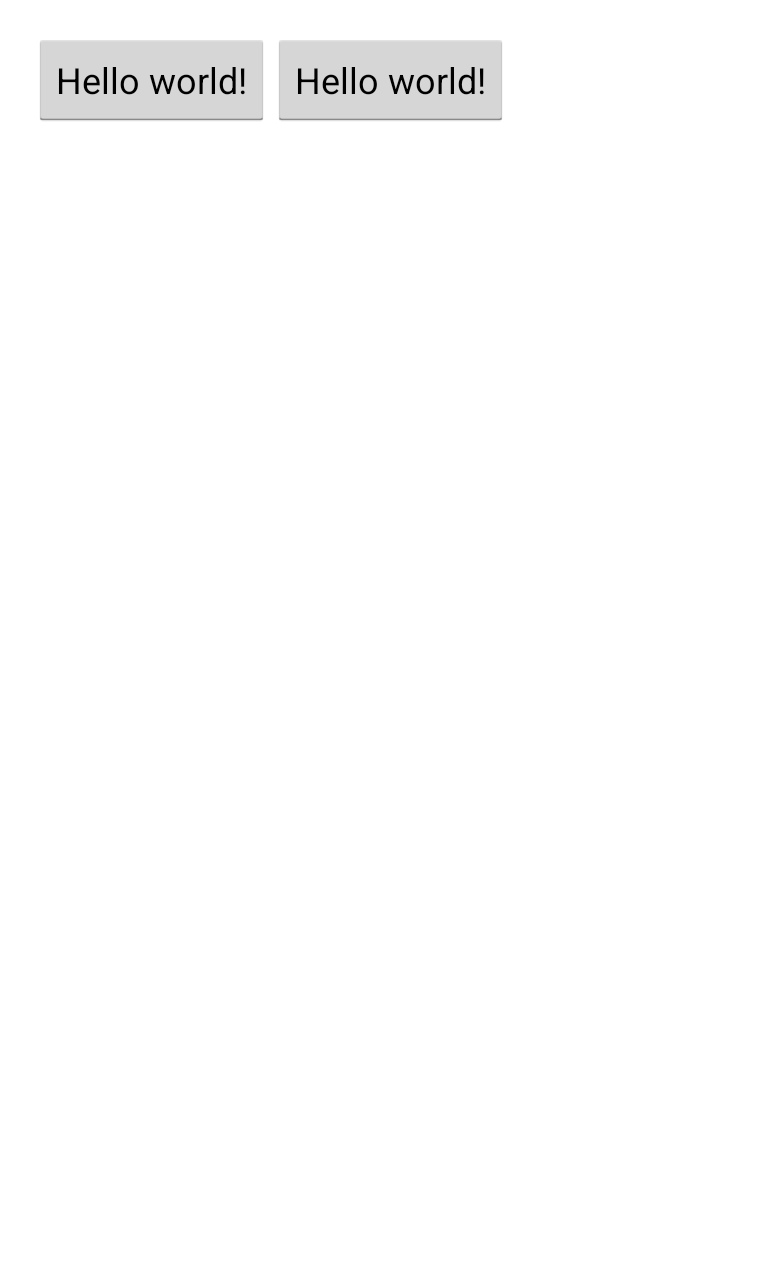
Repository: nickof/study
Layout: Android/itheima/day12服务/代码/Day12_05_音乐播放器框架/res/layout/activity_main.xml
These files come from the project's save history. The layout is drawn as it stood at one moment and after the next save; the edit follows.
It is drawn on a 768 x 1280 px phone screen (xhdpi) without system bars, with theme AppTheme; the app's code is not run.

Above is the layout before, as saved 2016-09-20 07:07:24.

After the next save:
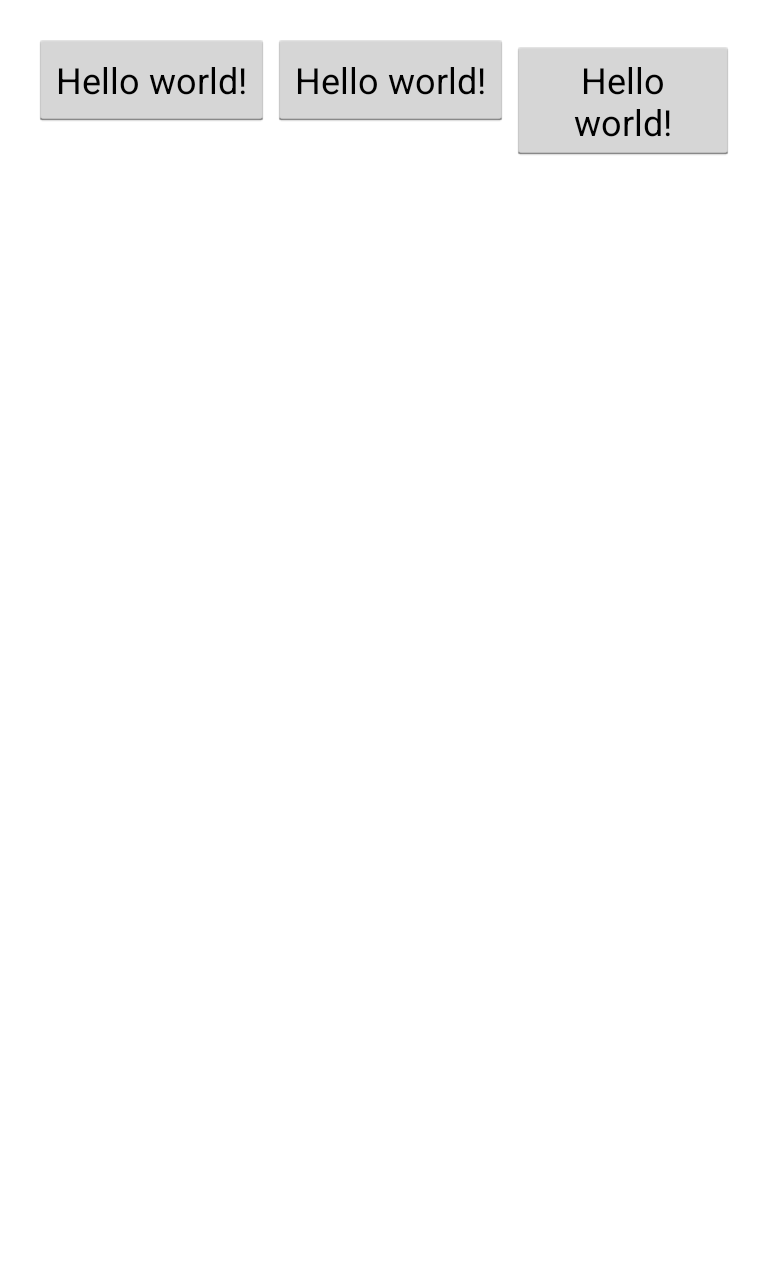
Saved 6 s later.
--- a/Android/itheima/day12服务/代码/Day12_05_音乐播放器框架/res/layout/activity_main.xml
+++ b/Android/itheima/day12服务/代码/Day12_05_音乐播放器框架/res/layout/activity_main.xml
@@ -18,5 +18,10 @@
         android:layout_height="wrap_content"
         android:onClick="播放"
         android:text="@string/hello_world" />
+     <Button
+        android:layout_width="wrap_content"
+        android:layout_height="wrap_content"
+        android:onClick="下一首"
+        android:text="@string/hello_world" />
 
 </LinearLayout>
